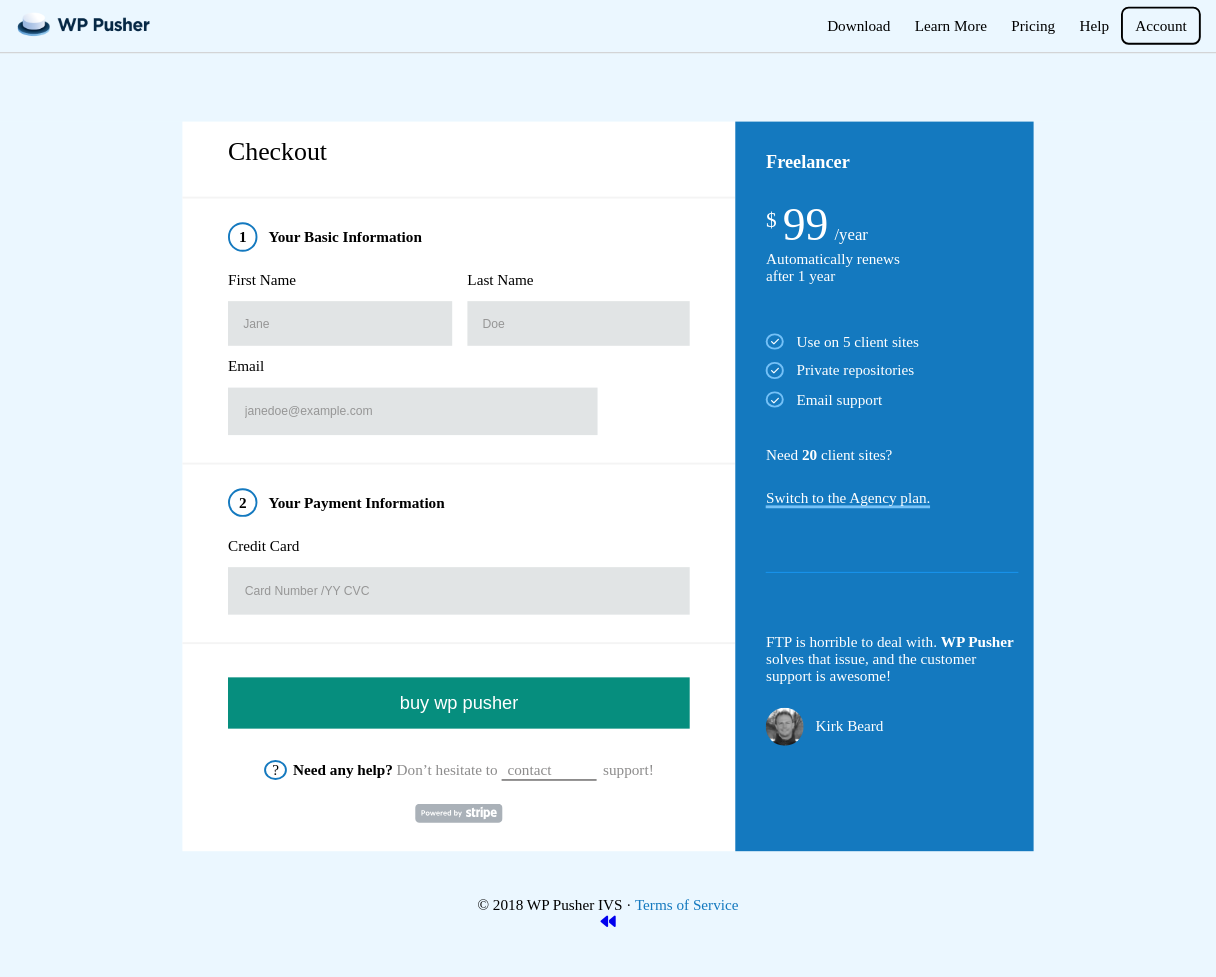
Repository: dark-txch/ass-1-6
Page: src/pages/wpPusher.html
The author's editor kept a copy of each file at every save. The page is drawn from the files as they stood at one save, then again after the next save.
The browser window is 1280 px wide. The pictures show the whole page, at 95% of full size.
Some web libraries are served in a nearby version.

Above is the page before, as saved 2024-11-29 15:41:24.

### src/pages/wpPusher.html
<!DOCTYPE html>
<html lang="en">
	<head>
		<meta charset="UTF-8" />
		<meta name="viewport" content="width=device-width, initial-scale=1.0" />

		<!--  style link main  -->
		<link rel="stylesheet" href="../styles/wpPusher/wpPusher.css" />

		<!--  style link media  -->
		<link rel="stylesheet" href="../styles/wpPusher/mediaq.css" />

		<!-- font awesome -->
		<script
			src="https://kit.fontawesome.com/5a7bfc222a.js"
			crossorigin="anonymous"
		></script>

		<!--  favicon  -->
		<link rel="icon" href="/assets/C-Favicon/Dark-favicon_io/favicon.ico" />

		<!--  title  -->
		<title>wpPusher</title>
	</head>

	<!--  body  -->
	<body>
		<div id="navSection">
			<div id="navSection">
				<nav>
					<input type="checkbox" id="check" />
					<label for="check" class="hamburger" aria-label="Toggle Menu">
						<i class="fa-solid fa-bars"></i>
					</label>
					<span>
						<img
							src="/assets/wpPusher/wppusher-logo.png"
							alt="WP Pusher Logo"
						/>
					</span>

					<ul>
						<li><a href="#">Download</a></li>
						<li><a href="#">Learn more</a></li>
						<li><a href="#">Pricing</a></li>
						<li><a href="#">Help</a></li>
						<li><a class="active" href="#">Account</a></li>
					</ul>
				</nav>
			</div>
		</div>

		<!-- ----------------------main--------------- -->
		<main>
			<!-- -------------------------------------------form section -->
			<form id="formWhite">
				<h1>Checkout</h1>
				<!-- --------------------------- -->
				<hr />
				<!-- ----------------------------- -->
				<h3><span>&#x31;</span> your basic information</h3>

				<!-- -----------------twin for label and input -->
				<div id="twin">
					<div class="twin">
						<label for="#">first name</label>
						<input
							type="text"
							name="first name"
							id="firstName"
							placeholder="jane"
						/>
					</div>
					<div class="twin">
						<label for="#">last name</label>
						<input type="text" name="" id="lastName" placeholder="doe" />
					</div>
				</div>
				<!-- --------------------------single -->
				<div id="single">
					<label for="#">email</label>
					<input
						type="text"
						name=""
						id="email"
						placeholder="janedoe&#64;example.com"
					/>
				</div>

				<!-- --------------------------- -->
				<hr />
				<!-- ----------------------------- -->
				<h3><span>&#x32;</span> your payment information</h3>
				<div id="single">
					<label for="#">credit card</label>
					<input
						type="text"
						name=""
						id="creditCard"
						placeholder="Card Number &#47;YY CVC"
					/>
				</div>
				<!-- --------------------------- -->
				<hr />
				<!-- ----------------------------- -->
				<button class="buyButton">buy wp pusher</button>

				<!-- ---------------form footer -->
				<div id="formFooter">
					<div class="formFooter">
						<span>&#63;</span><span>Need any help&#63;</span>
						<span class="grey"
							>Don&#8217;t hesitate to
							<span class="border">contact </span>support&#33;</span
						>
					</div>

					<div class="logo">
						<img src="/assets/wpPusher/powered_by_stripe.svg" alt="" />
					</div>
				</div>
			</form>
			<!-- -----------------------------------------blue section -->
			<div id="blueSection">
				<h3>Freelancer</h3>
				<div class="nintyNine">
					<span class="dollar">&#36;</span><span class="nine">&#57;&#57;</span
					><span class="year">&#47;year</span>
					<p>Automatically renews after &#49; year</p>
				</div>
				<!-- -------unordered list -->
				<ul class="uL">
					<li>Use on &#53; client sites</li>
					<li>Private repositories</li>
					<li>Email support</li>
				</ul>
				<p class="clientSide">
					Need <span class="twenty">&#50;&#48;</span> client sites&#63;
				</p>
				<span>
					<a href="#">Switch to the Agency plan.</a>
				</span>
				<!-- --------------------------- -->
				<hr />
				<!-- ----------------------------- -->
				<!----------------------------------------------------------- blue section footer -->
				<div id="blueSectionFooter">
					<p>
						FTP is horrible to deal with.
						<span class="wp">WP Pusher</span> solves that issue, and the
						customer support is awesome&#33;
					</p>
					<div id="kirk">
						<img src="/assets/wpPusher/Bitmap.png" alt="kirk beard" />
						<span>kirk beard</span>
					</div>
				</div>
			</div>
		</main>
		<footer>
			&copy; 2018 WP Pusher IVS &#183; <span>Terms of Service</span>
			<div>
				<a href="/index.html">
					<i class="fa-solid fa-backward"></i>
				</a>
			</div>
		</footer>
	</body>
</html>

### src/styles/wpPusher/wpPusher.css
/*  ----------------------General style for all  -----*/

:root {
	--font-size: 1rem;

	--breakpoint-medium: 768px;
	--breakpoint-large: 1024px;
}

html,
body {
	min-height: 100%;
	min-width: 100%;
	background-color: #ebf7ff;

	/* font-family: monospace; */
}

/*  ----------------- asteriks  */
* {
	margin: 0;
	padding: 0;
	outline: none;
	border: none;
	text-decoration: none;
	list-style: none;
	box-sizing: border-box;
}

/* ----------------- Mobile Workflow------------- */

/* -----------------------nav section */

#navSection {
	width: 100%;
	height: 3.5rem;
	display: flex;
	align-items: center;
	justify-content: center;

	position: fixed;
	top: 0;
	z-index: 99;

	background-color: #ebf7ff;
}

nav {
	width: 100%;
	height: 100%;
	display: flex;
	align-items: center;
	justify-content: space-between;
	position: relative;

	padding: 0 1rem;

	border-bottom: 1.5px solid rgb(203, 201, 201);
}

nav img {
	width: 9rem;
}

/* ---------------------Hamburger Menu Button */
.hamburger {
	font-size: 2.5rem;
	color: black;
	cursor: pointer;
	display: block;
}

/* ---------------------------checkbox */
#check {
	display: none;
}

/* Navigation Menu (Mobile Default: Hidden) */
nav ul {
	display: grid;
	place-content: center;
	transition: all 0.5s;
	text-align: center;

	background: black;

	position: fixed;
	top: 3.5rem;
	right: -100%;
	width: 100%;
	height: calc(100vh - 3rem);

	z-index: 1000;
}

nav ul li {
	margin: 0.8rem 0;

	margin-bottom: 1rem;
}

nav ul li a {
	color: rgb(255, 255, 255);
	font-size: 1.2rem;
	text-transform: capitalize;
	padding: 0.6rem 0.8rem;
	border-radius: 0.5rem;
}

nav ul li a.active {
	border: 2px solid rgb(255, 255, 255);
	color: rgb(255, 255, 255);
}

nav ul li a:hover {
	border: 2px solid white;
	color: #1479bf;
}

/* Show Menu When Checkbox is Checked */
#check:checked ~ ul {
	right: 0; /* Slide menu into view */
}

/* -----------------------------WP-PUSHER LOGO */

/* -------------------------------------------------------- */

/* ----------------------------------------- */
/* -------------------------------------------------------- */
/* --------------------------------------------MAIN */
main {
	display: block;
	width: 100%;
	height: auto;

	margin: 6rem 0 0;
}

/* --------------------------------------form */
#formWhite {
	background-color: white;
}

#formWhite h1 {
	font-size: 1.7rem;
	font-weight: 100;

	padding: 1rem;
}

/* ---------------------------------- */
#formWhite hr {
	border: 1.5px solid rgb(244, 244, 244);
	margin: 1rem 0;

	width: 100%;
}
/* ---------------------------------- */

#formWhite h3 {
	padding: 1rem 1rem 1.7rem;

	font-size: 1.2rem;
	text-transform: capitalize;
}

#formWhite h3 > span {
	border: 2px solid #1479bf;
	border-radius: 50%;

	padding: 0.3rem 0.6rem;
	margin-right: 0.5rem;
	font-size: 1rem;
}

/* -----------------------------------twin */
#twin,
#single {
	display: grid;
	padding: 0 1rem;
}
#twin label {
	font-size: 1rem;
	font-weight: 200;

	text-transform: capitalize;
}
#twin input {
	padding: 1rem;
	background-color: #e1e4e5;

	margin: 0.8rem 0;

	width: 100%;
}
#twin ::placeholder {
	font-size: 0.8rem;
	color: rgb(150, 150, 150);

	text-transform: capitalize;
}

/* ---------------------------------single */
#single label {
	font-size: 1rem;
	font-weight: 200;

	text-transform: capitalize;
}
#single input {
	padding: 1.1rem;
	background-color: #e1e4e5;

	margin: 0.8rem 0;

	width: 100%;
}
#single ::placeholder {
	font-size: 0.8rem;
	color: rgb(150, 150, 150);
}

/* ----------------------------------------buy button */
button.buyButton {
	background-color: #068e7e;
	color: white;

	font-size: 1.2rem;
	width: auto;
	padding: 1rem 0;
	display: block;

	margin: 2.2rem 1rem;
	/* ----------calculate */
	width: calc(100% - 2rem);
}

/* -------------------------------form footer */
#formFooter {
	display: flex;
	flex-direction: column;
	justify-content: center;
	align-items: center;

	margin: 0 1rem;

	font-size: 1rem;
}
.formFooter {
	text-align: center;
}

/* -------------------targeting each span */
#formFooter span:nth-of-type(1) {
	border: 2px solid #1479bf;
	padding: 0 0.4rem;
	border-radius: 50%;
	margin-right: 0.4rem;
}
#formFooter span:nth-of-type(2) {
	font-weight: 600;
}
#formFooter span.border {
	display: inline-block;
	padding-right: 3rem;
	border-radius: 0;
	border: none;
	border-bottom: 2px solid rgb(141, 140, 140);
}
#formFooter span.grey {
	color: rgb(141, 140, 140);
}

/* ------logo */
.logo {
	margin: 1.5rem;
}

/* --------- */
/* -----------------------------------------blue section */
#blueSection {
	background-color: #1479bf;
	color: white;

	display: grid;

	padding: 1rem;
	min-height: 100%;
	min-width: 100%;
}

#blueSection h3 {
	font-size: 1.2rem;
	padding: 1rem 0 1rem;
}
/* -----------------------------blue section ninetyNine section /span --*/
.dollar {
	font-size: 1.4rem;

	display: inline-block;
	transform: translateY(-0.9rem);
	padding-right: 0.4rem;
}
.nine {
	font-size: 3rem;

	padding-right: 0.4rem;
}
.year {
	font-size: 1.1rem;
}
/* ------------------------------- */
.nintyNine > p {
	max-width: 10rem;

	font-size: 1rem;

	padding-bottom: 2.5rem;
}

/* --------------------unordered list  */

.uL li {
	position: relative;
	padding: 0 2rem 0.8rem;

	font-size: 1rem;
}
.uL li::before {
	content: "\f00c";
	font-family: "Font Awesome 6 Free";
	font-weight: 900;
	position: absolute;
	left: 0;
	top: 0;
	color: white;
	font-size: 0.6rem;

	border: 2px solid #75c1f7;
	border-radius: 50%;
	padding: 0.1rem 0.2rem;
}

.clientSide {
	padding: 1rem 0;
}

.twenty {
	font-weight: 700;
}

#blueSection span > a {
	color: white;

	border-bottom: 3px solid #75c1f7;
}

#blueSection hr {
	border-bottom: 1.5px solid #1896f0;
	margin: 3rem 0 4rem;

	width: 100%;
}

#blueSectionFooter p {
	padding-bottom: 1.5rem;
}

.wp {
	font-weight: 700;
}

#kirk {
	padding-bottom: 5rem;
}

#kirk img {
	border-radius: 50%;
	margin-right: 0.5rem;
}

#kirk span {
	display: inline-block;
	transform: translateY(-1rem);

	text-transform: capitalize;
}
/*---------------------------------------------------footer */
footer {
	text-align: center;
	padding: 3rem 0;
}

footer span {
	color: #1479bf;
}

### src/styles/wpPusher/mediaq.css
/* -------------------------Assignment 5 media query--------------------- */

@media (min-width: 768px) {
	.hamburger {
		display: none;
	}

	nav ul {
		position: static;
		display: flex;
		justify-content: center;
		align-items: center;

		height: auto;
		width: auto;
		margin: 0;
		background: none;
	}

	nav ul li {
		margin: 0;
	}

	nav ul li a {
		color: black;
		font-size: 1rem;
	}

	nav ul li a.active {
		border: 2px solid black;
		color: black;
	}

	nav ul li a:hover {
		color: white;
		background-color: #1479bf;
	}

	/* ---------------------------------------------- */
	/* ----------------------------main */
	main {
		display: grid;
		grid-template-columns: 1fr 35%;
		place-self: center;

		width: 70vw;

		margin-top: 8rem;
	}

	/* ----------------------------form section */

	#formWhite h1 {
		font-size: 1.7rem;

		margin: 0 2rem;
	}
	#formWhite h3 {
		font-size: 1rem;

		margin: 0 2rem;
	}

	/* ----------------twin */
	#twin {
		display: flex;
		gap: 1rem;

		margin: 0 2rem;

		/* justify-content: space-between; */
	}

	#single {
		margin: 0 2rem;
	}

	#single input {
		width: 80%;
	}

	#single #creditCard {
		width: 100%;

		/* ask how ebube seperated the placeholder content */
	}

	button.buyButton {
		/* display: grid; */
		place-self: center;
		/* margin: 0 9rem; */

		width: calc(100% - 6rem);
	}

	/* ----------footer */
	.formFooter {
		width: 75%;

		/* margin-bottom: 4rem; */

		font-size: 1rem;
	}
	.logo {
		margin: 1.5rem 0;
	}

	/* ---------------- */

	/* ------------------------------blue section */
	#blueSection {
		height: 60vw;

		padding-left: 2rem;

		/* font-size: 1rem; */
	}
}

After the next save:
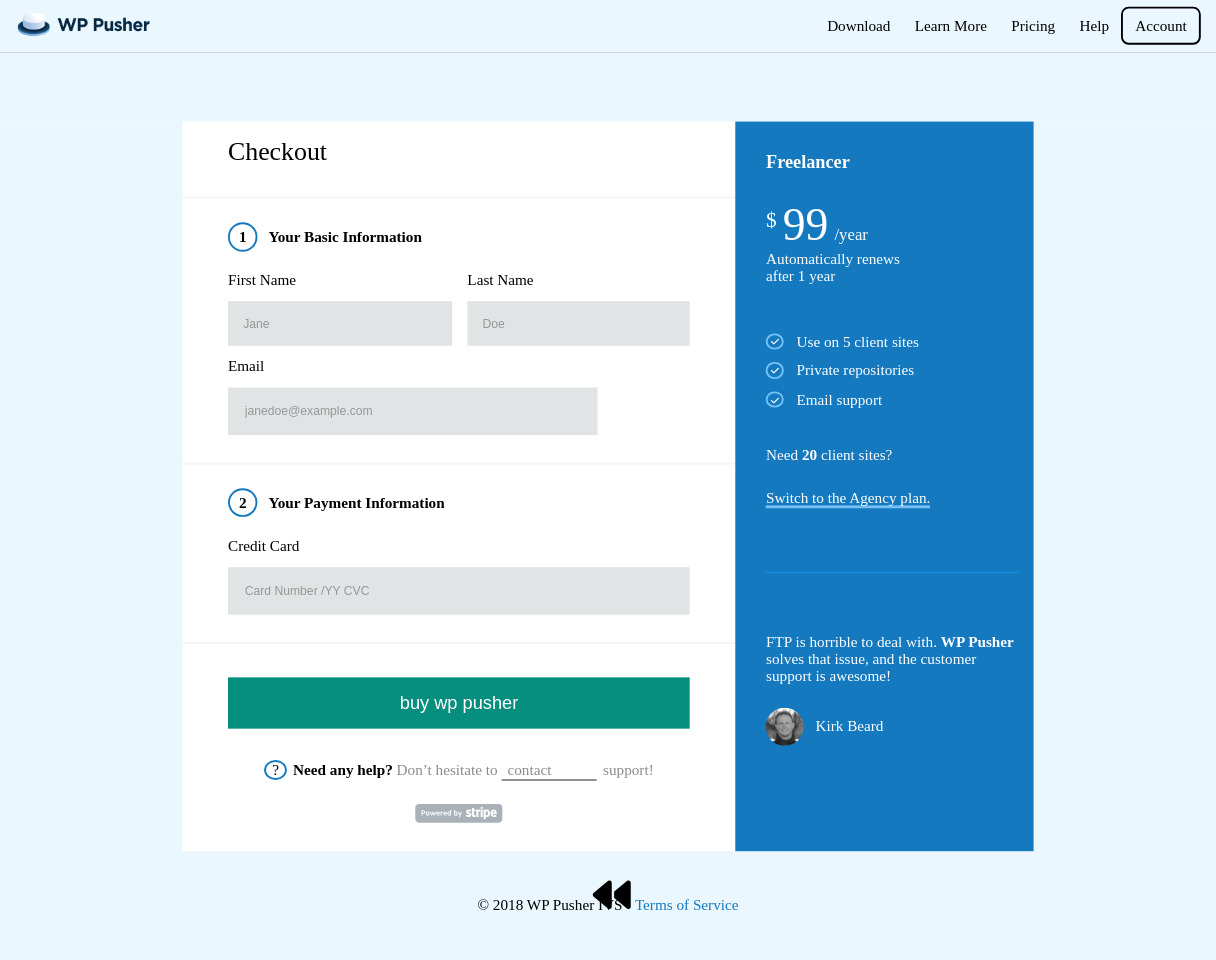
Saved 38 s later.
--- a/src/styles/wpPusher/wpPusher.css
+++ b/src/styles/wpPusher/wpPusher.css
@@ -395,3 +395,11 @@
 footer span {
 	color: #1479bf;
 }
+
+.fa-backward {
+	color: black;
+	position: absolute;
+	z-index: 99;
+	font-size: 2.5rem;
+	transform: translate(-1rem, -2.5rem);
+}
